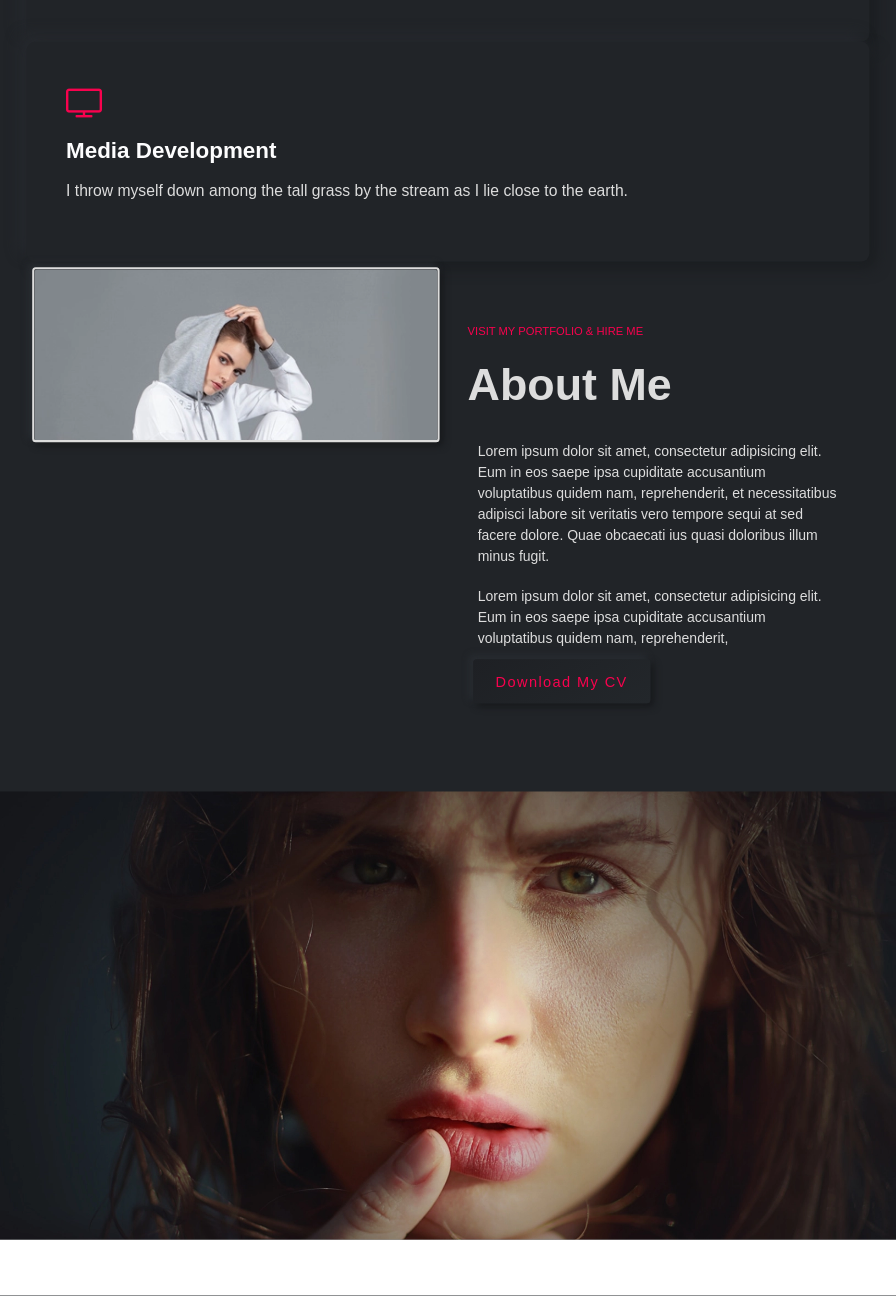
Repository: arminprogramme/inbio
Page: /
An editor plug-in stored every save of this project. The page is shown before and after the next save, followed by the edit.
The browser window is 1280 px wide. The pictures show the part of the page from y = 1534 to 3454 px (the page is 3385 px tall before and 3454 px after), at 70% of full size.
Backgrounds fixed to the window are drawn as part of the page. Some web libraries are served in a nearby version. The project was rebuilt for these pictures with package versions that can differ from the ones it lists, and the page was loaded fresh each time. Also part of the build but not shown: vite.config.js.

Above is the page before, as saved 2023-10-20 04:38:18.

### index.html
<!doctype html>
<html lang="en">

<head>
    <meta charset="UTF-8" />
    <link rel="icon" type="image/svg+xml" href="/vite.svg" />
    <link rel="stylesheet" href="https://cdnjs.cloudflare.com/ajax/libs/font-awesome/4.7.0/css/font-awesome.min.css">
    <link href="https://cdnjs.cloudflare.com/ajax/libs/flowbite/1.8.1/flowbite.min.css" rel="stylesheet" />
    <meta name="viewport" content="width=device-width, initial-scale=1.0" />
    <title>Vite + React</title>
</head>

<body>
    <div id="root"></div>
    <script src="https://cdnjs.cloudflare.com/ajax/libs/flowbite/1.8.1/flowbite.min.js"></script>
    <script type="module" src="/src/main.jsx"></script>
</body>

</html>

### src/App.jsx
import   { Component } from 'react';
import LandingPage from './Component/LandingPage.jsx'
import './App.css'

class App extends Component {


  render() {
    return (
    <div>
      <LandingPage />
    </div>
    );
  }


}

export default App;

### src/index.css
:root {
    font-family: Inter, system-ui, Avenir, Helvetica, Arial, sans-serif;
}

a {
    font-weight: 500;
    color: #646cff;
    text-decoration: inherit;
}

* {
    padding: 0;
    margin: 0;
    box-sizing: border-box;
}

@tailwind base;
@tailwind components;
@tailwind utilities;
a:hover {
    color: #535bf2;
}

body {
    margin: 0;
    font-family: 'Vazir', sans-serif;
}

h1 {
    font-size: 3.2em;
    line-height: 1.1;
}

@media (prefers-color-scheme: light) {
     :root {
        color: #213547;
        background-color: #ffffff;
    }
    a:hover {
        color: #747bff;
    }
    button {
        background-color: #f9f9f9;
    }
}

### src/Component/LandingPage.jsx
import  { Component } from 'react';
import Header from './Header/Header.jsx'
import Body from './Body/Body.jsx'
//import Footer from './Footer/Footer.jsx'
class LandingPage extends Component {
    render() {
        return (
            <div>
                <Header/>
                <Body/>

            </div>
        );
    }
}

export default LandingPage;

### src/Component/Header/Header.jsx
import  { Component } from 'react';
import NavBar from './Navbar.jsx'
import './Header.css'
class Header extends Component {
    render() {
        return (
            <div>
                <NavBar/>
                <div className="banner-header text-center">
                    <h1 className='font-bold text-white'>KRISTINA SOMOLYER</h1>
                    <p>American Supermodel & Entrepreneur</p>
                </div>
            </div>
        );
    }
}

export default Header;

### src/Component/Body/Body.jsx
import  { Component } from 'react';
import Services from './Services/Services.jsx'
import About from './About/About.jsx'
import './Body.css'
class Body extends Component {
    render() {
        return (
            <>
            <div className='black-bg '>
                <div className="limit-width">
                    <Services/>
                    <About/>
                </div>
                <div className="girl-bg">

                </div>
            </div>
            </>
        );
    }
}

export default Body;

### src/Component/Header/Navbar.jsx
import  { Component } from 'react';

class Navbar extends Component {
    render() {
        return (
            <div>

<nav className=" black-bg">
  <div className="max-w-screen-xl flex flex-wrap items-center justify-between mx-auto p-6">
    <a href="https://.com/" className="flex items-center">
       <h2 className='text-white'>React Project</h2>
    </a>
    <button data-collapse-toggle="navbar-default" type="button"  className="inline-flex items-center p-2 w-10 h-10 justify-center text-sm text-white rounded-lg md:hidden " aria-controls="navbar-default" aria-expanded="false">
    <i className="fa fa-bars text-white"></i>

    </button>
    <div className="hidden w-full md:block md:w-auto" id="navbar-default">
      <ul className="font-medium flex flex-col p-4 md:p-0 mt-4 border border-gray-100 rounded-lg text-white md:flex-row md:space-x-8 md:mt-0 md:border-0 black-bg">
        <li>
          <a href="#" className="block py-2 pl-3 pr-4 text-white md:hover:text-gray-700 dark:text-white md:dark:hover:text-gray-500 rounded md:bg-transparent md:p-0 " aria-current="page">Home</a>
        </li>
        <li>
          <a href="#" className="block py-2 pl-3 pr-4 text-gray-900 rounded hover:bg-gray-100 md:hover:bg-transparent md:border-0 md:hover:text-gray-700 md:p-0 dark:text-white md:dark:hover:text-gray-500 dark:hover:bg-gray-700 dark:hover:text-white md:dark:hover:bg-transparent">About</a>
        </li>
        <li>
          <a href="#" className="block py-2 pl-3 pr-4 text-gray-900 rounded md:hover:text-gray-700 md:p-0 dark:text-white md:dark:hover:text-gray-500 dark:hover:bg-gray-700 dark:hover:text-white md:dark:hover:bg-transparent">Services</a>
        </li>
        <li>
          <a href="#" className="block py-2 pl-3 pr-4 text-gray-900 rounded hover:bg-gray-100 md:hover:bg-transparent md:border-0 md:hover:text-gray-700 md:p-0 dark:text-white md:dark:hover:text-gray-500 dark:hover:bg-gray-700 dark:hover:text-white md:dark:hover:bg-transparent">Pricing</a>
        </li>
        <li>
          <a href="#" className="block py-2 pl-3 pr-4 text-gray-900 rounded hover:bg-gray-100 md:hover:bg-transparent md:border-0md:hover:text-gray-700 md:p-0 dark:text-white md:dark:hover:text-gray-500 dark:hover:bg-gray-700 dark:hover:text-white md:dark:hover:bg-transparent">Contact</a>
        </li>
      </ul>
    </div>
  </div>
</nav>

            </div>
        );
    }
}

export default Navbar;

### src/Component/Header/Header.css
.black-bg {
    background-color: #212428;
}

.banner-header {
    background-image: url(../../../bg-image-12.webp);
    background-position: center;
    background-size: cover;
    padding: 20.25rem 0;
}

.banner-header h1 {
    letter-spacing: 6px;
    font-size: 3.2rem;
}

.banner-header p {
    letter-spacing: 6px;
    font-size: 1.2rem;
    padding: 2rem 0;
    color: #fff;
}

### src/Component/Body/Services/Services.jsx
import  { Component } from 'react';
import ServicesItem from './ServicesItem.jsx'
import './Services.css'
class Services extends Component {

    constructor(props){
        super(props)

        this.state = {
            services : [
                {id : 1 , icon : 'red-color fa fa-bars' , title : 'Web Development' , text : 'I throw myself down among the tall grass by the stream as I lie close to the earth.'},
                {id : 2 , icon : 'red-color fa fa-book' , title : 'App Development' , text : 'It uses a dictionary of over 200 Latin words, combined with a handful of model sentence.'},
                {id : 3 , icon : 'red-color fa fa-television' , title : 'Media Development' , text : 'I throw myself down among the tall grass by the stream as I lie close to the earth.'},
            ]
        }
    }
    render() {
        return (
            <div>
              <div className="grid  grid-cols-1 lg:grid-cols-3 gap-10">
              {this.state.services.map(services => {
                return <ServicesItem key={services.id} {...services} />
               })}
              </div>
            </div>
        );
    }
}

export default Services;

### src/Component/Body/About/About.jsx
import  { Component } from 'react';
import ButtonSpecial from '../Buttons/ButtonSpecial.jsx'
import   './About.css'
class About extends Component {

    constructor(props){
        super(props)

        this.state= {
            title : 'Download My CV'
        }
    }
    render() {
        return (
            <div>
                <div className="about-container my-52 grid grid-cols-1 lg:grid-cols-2 gap-2">
                    <div className="img-about">
                        <div className="inner-img-about">
                            <img src="about-5.webp" className='rounded' alt="" />
                        </div>
                    </div>
                    <div className="content-about">
                        <h5 className='red-color'>VISIT MY PORTFOLIO & HIRE ME</h5>
                        <h2>About Me</h2>
                        <p>Lorem ipsum dolor sit amet, consectetur adipisicing elit. Eum in eos saepe ipsa cupiditate accusantium voluptatibus quidem nam, reprehenderit, et necessitatibus adipisci labore sit veritatis vero tempore sequi at sed facere dolore. Quae obcaecati ius quasi doloribus illum minus fugit.</p>
                        <p>Lorem ipsum dolor sit amet, consectetur adipisicing elit. Eum in eos saepe ipsa cupiditate accusantium voluptatibus quidem nam, reprehenderit,</p>

                       <div className="mx-2 button-about">
                       <ButtonSpecial title={this.state.title}/>
                       </div>
                    </div>
                </div>
            </div>
        );
    }
}

export default About;

### src/Component/Body/Body.css
.limit-width {
    max-width: 1450px;
    padding: 6rem 3% 3%;
    margin: auto;
}

.girl-bg {
    background-image: url(../../../bg-image-8.webp);
    padding: 20em;
    background-attachment: fixed;
    background-size: cover;
    background-position: center;
    margin-bottom: 5rem;
}

### src/Component/Body/Services/ServicesItem.jsx
import { Component } from 'react';

class ServicesItem extends Component {
    render() {
        return (
            <div className='services-item'>
                <div className="icon-services">
                    <i className={this.props.icon}></i>
                </div>
                <div className="content-services">
                <h2 className='font-bold'>{this.props.title}</h2>
                <p>{this.props.text}</p>
                </div>
            </div>
        );
    }
}

export default ServicesItem;

### src/Component/Body/Services/Services.css
.icon-services i {
    font-size: 3rem;
}

.red-color {
    color: #f8024e;
}

.content-services {
    padding: 1.2rem 0;
    color: #FDFDFE;
}

.content-services h2 {
    font-size: 2rem;
    padding-bottom: 1rem;
}

.content-services p {
    line-height: 2.25rem;
    font-size: 1.4rem;
}

.services-item {
    border-radius: 12px;
    transition: 0.5s!important;
    padding: 4rem 3.5rem;
    background: #212428;
    box-shadow: 10px 10px 20px #1b1e21, -10px -10px 20px #272a2f;
    -webkit-transition: 0.5s!important;
    -moz-transition: 0.5s!important;
    -ms-transition: 0.5s!important;
    -o-transition: 0.5s!important;
    cursor: pointer;
}

.services-item:hover {
    border-radius: 12px;
    transform: translateY(-1.2rem);
    transition: 0.5s!important;
    background: linear-gradient(145deg, #23272b, #16171a);
    box-shadow: 10px 10px 13px #1b1e21, -10px -10px 13px #272a2f;
    -webkit-transition: 0.5s!important;
    -moz-transition: 0.5s!important;
    -ms-transition: 0.5s!important;
    -o-transition: 0.5s!important;
    -webkit-transform: translateY(-1.2rem);
    -moz-transform: translateY(-1.2rem);
    -ms-transform: translateY(-1.2rem);
    -o-transform: translateY(-1.2rem);
}

### src/Component/Body/Buttons/ButtonSpecial.jsx
import  { Component } from 'react';
import   './Buttons.css'
class ButtonSpecial extends Component {
    render() {
        return (
           <button className='sp-button red-color'>{this.props.title}</button>
        );
    }
}

export default ButtonSpecial;

### src/Component/Body/About/About.css
.img-about {
    padding: 0.5rem;
    border-radius: 5px;
    max-width: 100%;
}

.inner-img-about {
    border-radius: 5px;
    background: #212428;
    box-shadow: 5px 5px 10px #17191c, -5px -5px 10px #2b2f34;
    -webkit-border-radius: 5px;
    -moz-border-radius: 5px;
    -ms-border-radius: 5px;
    -o-border-radius: 5px;
    width: 100%;
    height: 250px;
    border: 3px solid #ddd;
    border-radius: 5px;
    overflow: hidden;
}

.inner-img-about img {
    width: 100%;
    border-radius: 5px!important;
    -webkit-border-radius: 5px!important;
    -moz-border-radius: 5px!important;
    -ms-border-radius: 5px!important;
    transition: 0.5s ease;
    -o-border-radius: 5px!important;
}

.inner-img-about img:hover {
    transform: scale(1.3);
    /* zoom in the image upto 30% */
    cursor: pointer;
}

.content-about {
    margin: 5.5rem 1.5rem;
}

.content-about h2,
p {
    color: #ddd;
}

.content-about h2 {
    font-size: 4rem;
    padding: 1rem 0;
    font-weight: bold;
}

.content-about p {
    font-size: 1.25rem;
    padding: 0.9rem;
}

### src/Component/Body/Buttons/Buttons.css
.sp-button {
    border-radius: 5px;
    background: linear-gradient(145deg, #1e2024, #23272b);
    box-shadow: 5px 5px 10px #17191c, -5px -5px 10px #2b2f34;
    padding: 1rem 2rem;
    font-size: 1.3rem;
    -webkit-border-radius: 5px;
    -moz-border-radius: 5px;
    letter-spacing: 2px;
    -ms-border-radius: 5px;
    transition: 0.3s;
    -o-border-radius: 5px;
    -webkit-transition: 0.3s;
    -moz-transition: 0.3s;
    -ms-transition: 0.3s;
    -o-transition: 0.3s;
}

.sp-button:hover {
    transition: 0.3s;
    border-radius: 5px;
    transform: translateY(-3px);
    background: linear-gradient(145deg, #23272b, #1e2024);
    box-shadow: 5px 5px 10px #17191c, -5px -5px 10px #2b2f34;
    -webkit-border-radius: 5px;
    -moz-border-radius: 5px;
    -ms-border-radius: 5px;
    -o-border-radius: 5px;
    -webkit-transition: 0.3s;
    -moz-transition: 0.3s;
    -ms-transition: 0.3s;
    -o-transition: 0.3s;
    -webkit-transform: translateY(-3px);
    -moz-transform: translateY(-3px);
    -ms-transform: translateY(-3px);
    -o-transform: translateY(-3px);
}

Loaded but not shown: src/main.jsx (common file); src/App.css (common file)

After the next save:
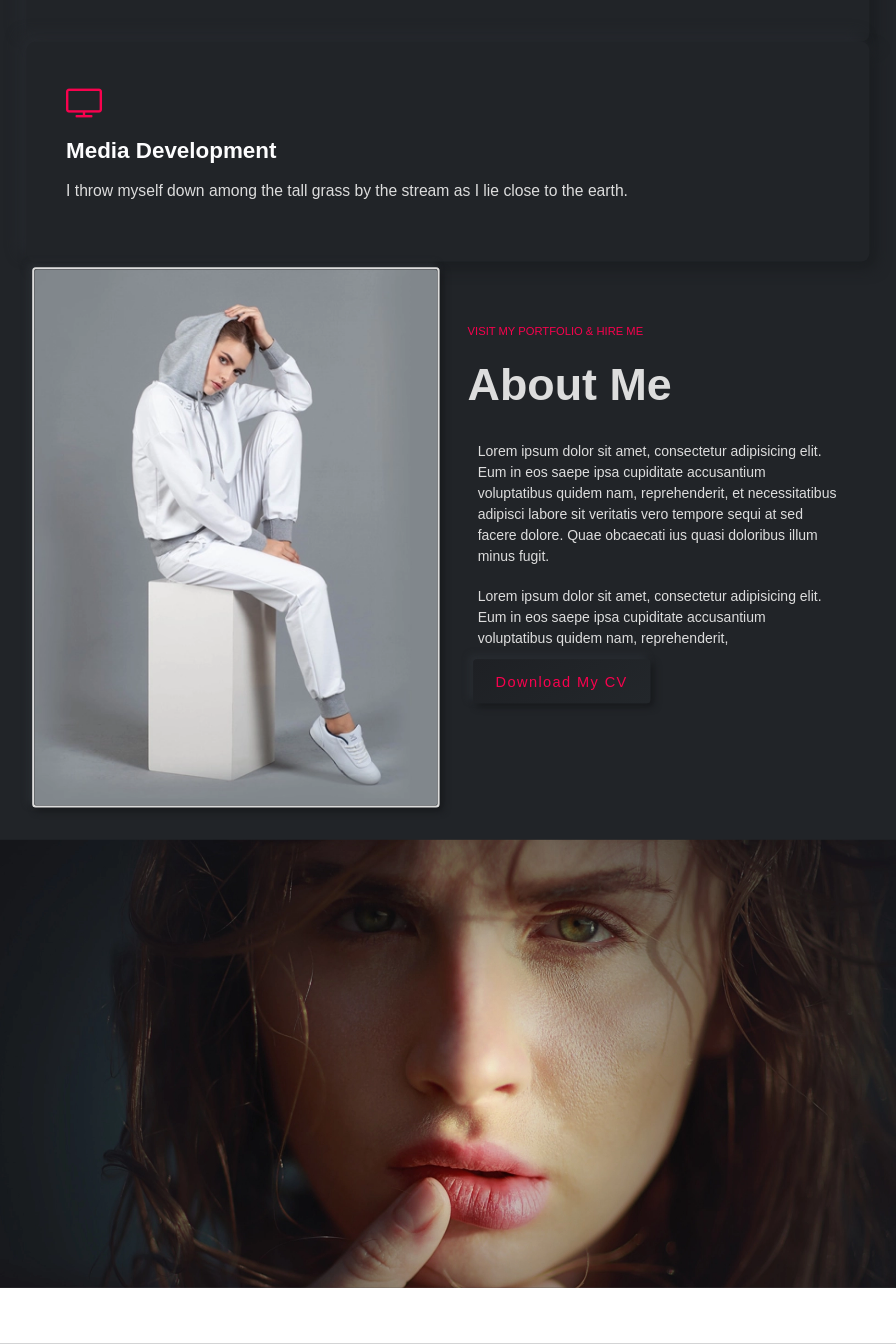
Saved 18 s later.
--- a/src/Component/Body/About/About.css
+++ b/src/Component/Body/About/About.css
@@ -13,7 +13,7 @@
     -ms-border-radius: 5px;
     -o-border-radius: 5px;
     width: 100%;
-    height: 250px;
+    height: auto;
     border: 3px solid #ddd;
     border-radius: 5px;
     overflow: hidden;
